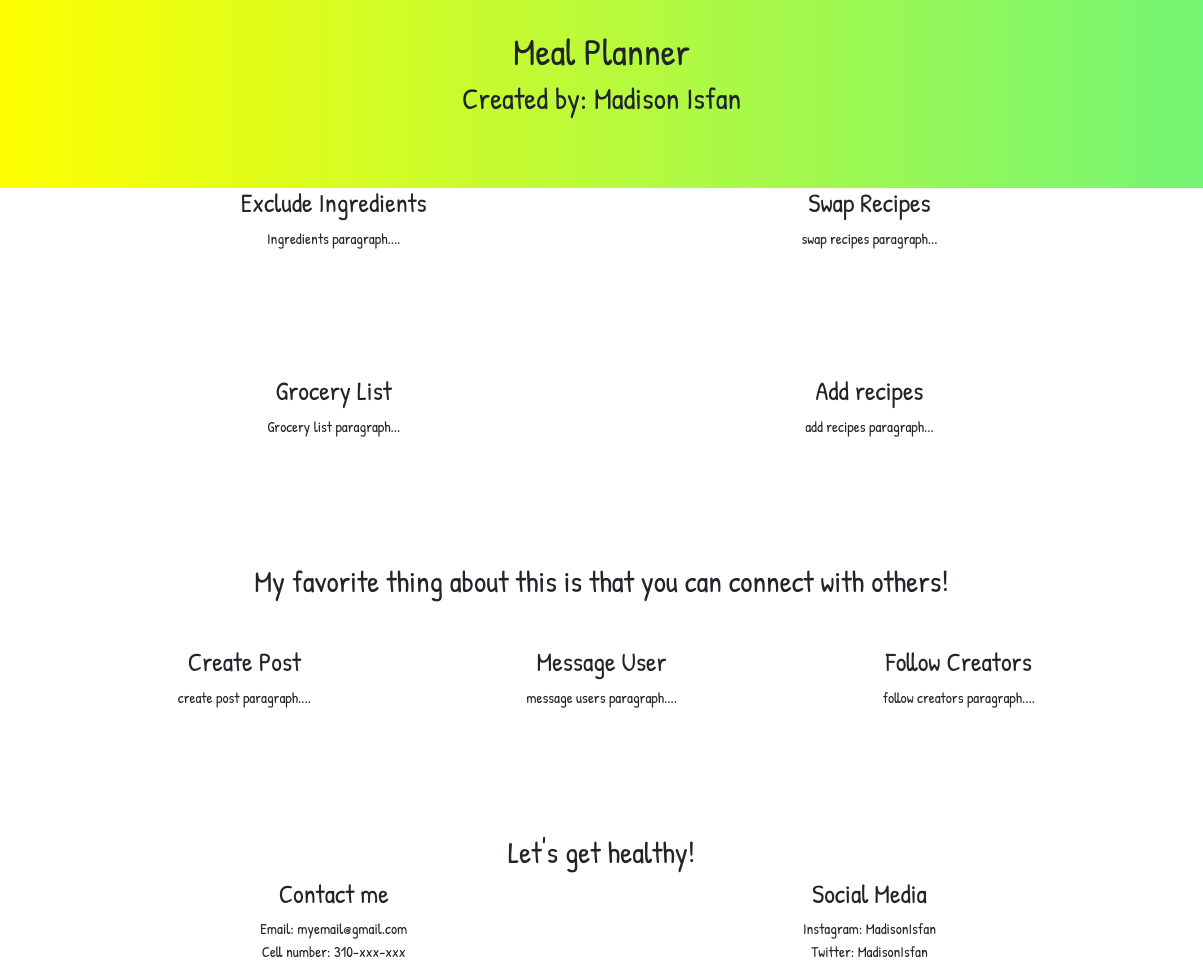
Repository: madisonisfan/Meal-Planner
Page: index.html
These files come from the project's save history. The page is drawn as it stood at one moment and after the next save; the edit follows.
The browser window is 1280 px wide. The pictures show the whole page, at 94% of full size.
Some web libraries are served in a nearby version.

Above is the page before, as saved 2021-02-17 17:32:39.

After the next save:
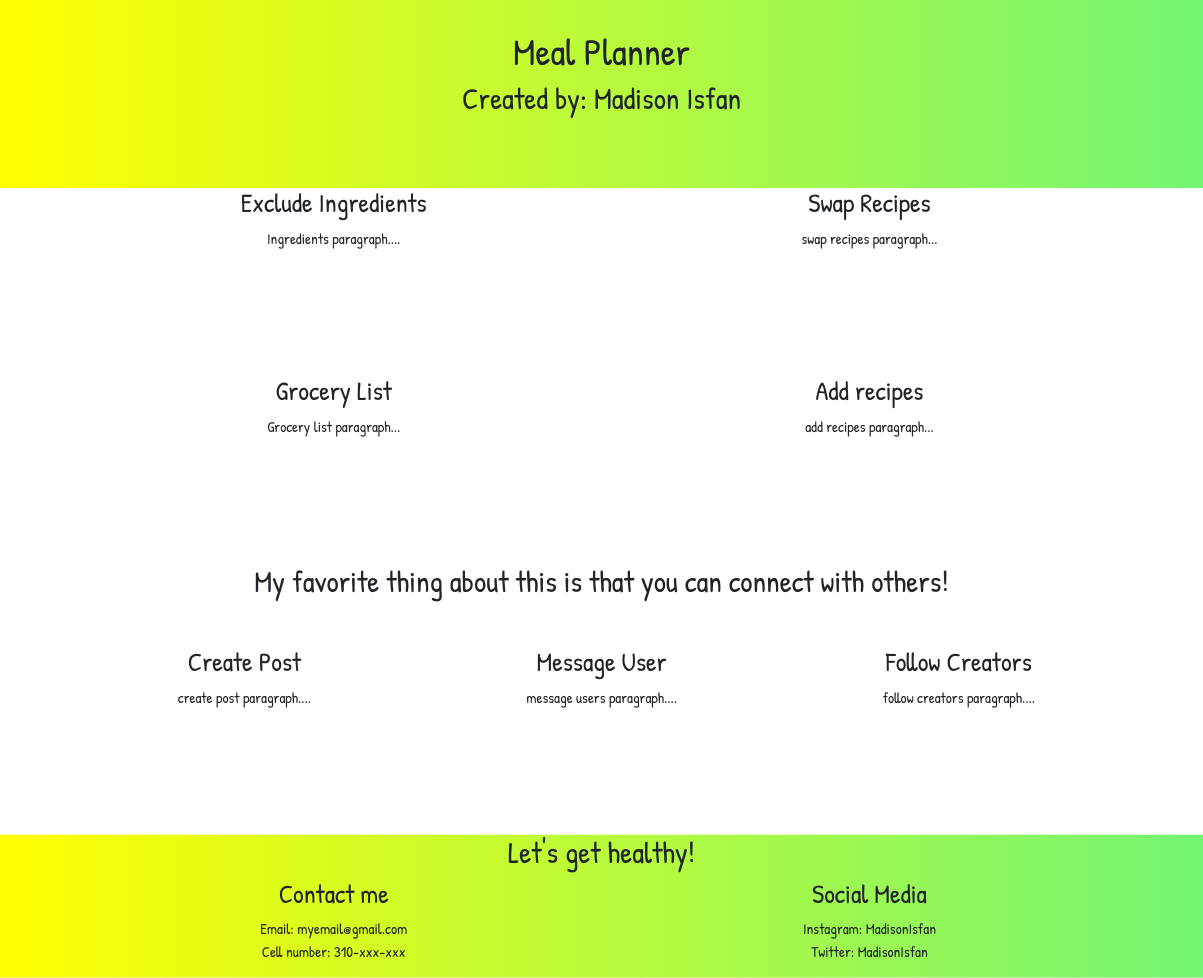
Saved 26 s later.
--- a/css/styles.css
+++ b/css/styles.css
@@ -3,6 +3,10 @@ header {
 }
 body {
   font-family: "Patrick Hand";
+}
+
+footer {
+  background-image: linear-gradient(to right, yellow, rgb(116, 245, 116));
 }
 
 .row-content {
